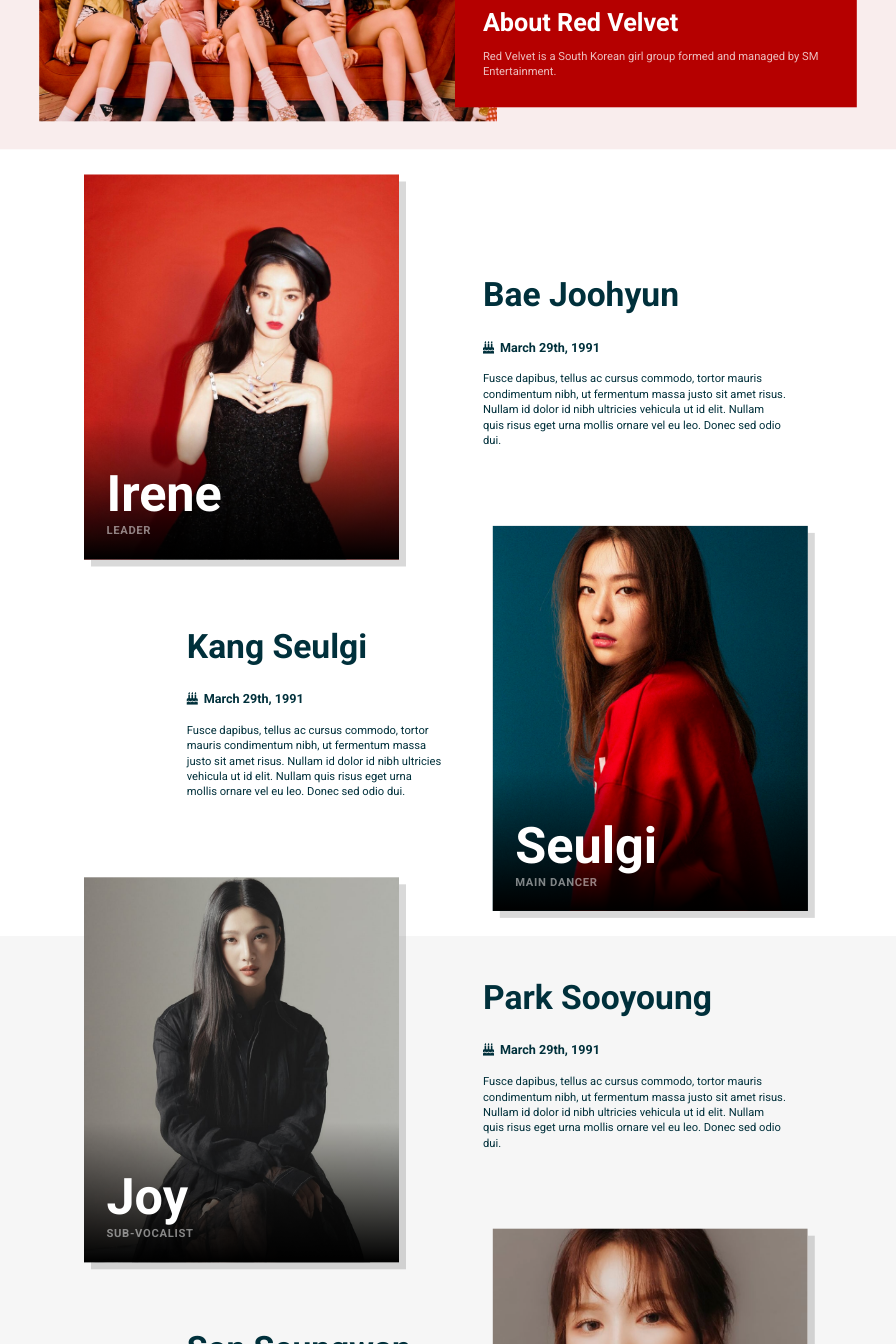
Repository: stillnotdavid/eternity-university
Page: app/index.html
These files come from the project's save history. The page is drawn as it stood at one moment and after the next save; the edit follows.
The browser window is 1280 px wide. The pictures show the part of the page from y = 926 to 2846 px (the page is 3267 px tall before and 3467 px after), at 70% of full size.
The style sheet was rebuilt from its Sass, Less or Tailwind sources for each picture, by a compiler version that may differ from the author's.

Above is the page before, as saved 2021-12-05 21:31:22.

After the next save:
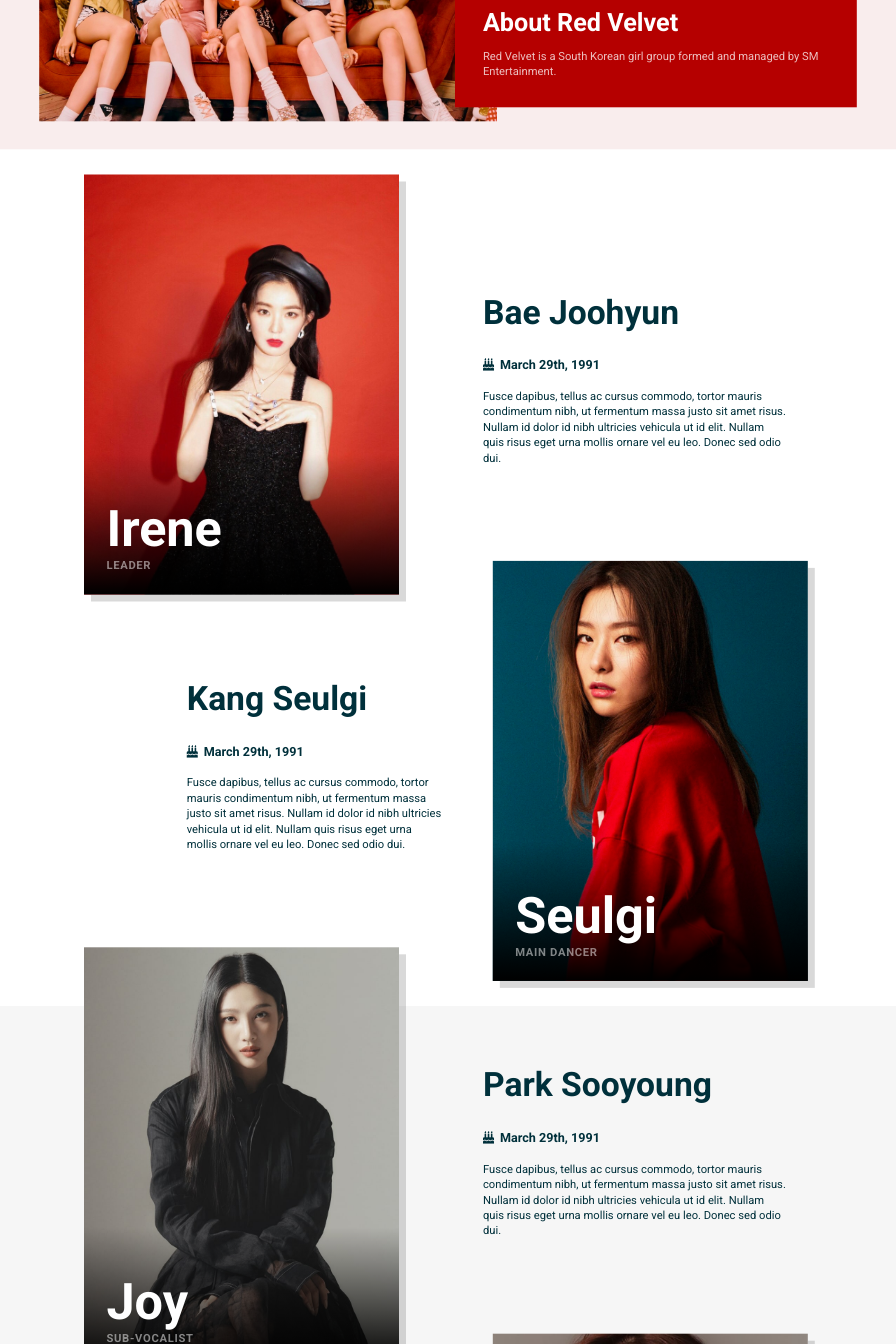
Saved 15 s later.
--- a/app/styles/components/_members.scss
+++ b/app/styles/components/_members.scss
@@ -28,7 +28,7 @@
     padding: 36px 0;
 
     &-image {
-      height: 550px;
+      height: 600px;
       width: 450px;
       background-size: cover;
       background-position: center center;
